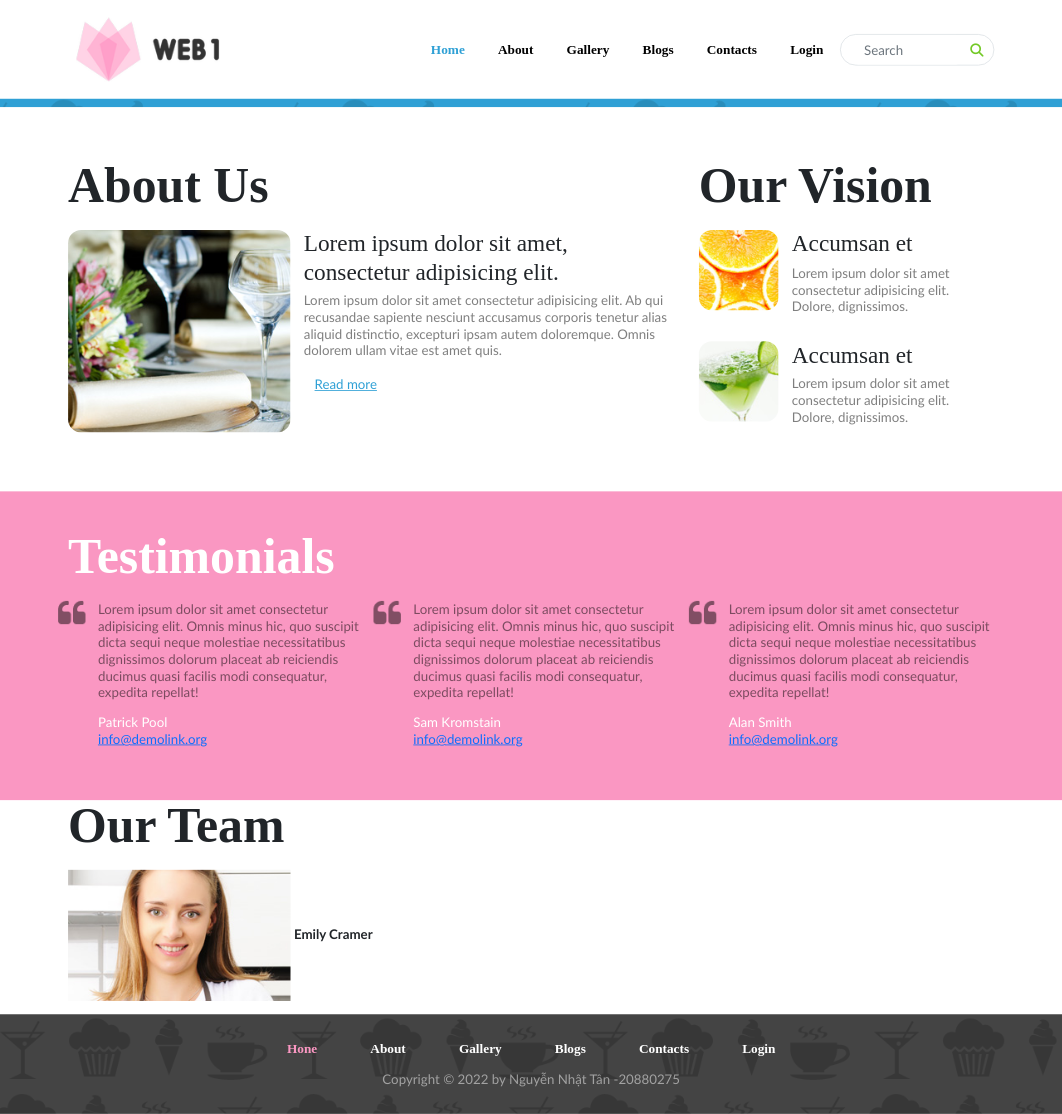
Repository: carembanhkem/web1-20880275
Page: about.html
The author's editor kept a copy of each file at every save. The page is drawn from the files as they stood at one save, then again after the next save.
The browser window is 1280 px wide. The pictures show the whole page, at 83% of full size.
Some web fonts or font styles are not loaded; a fallback is used. Some web libraries are served in a nearby version.

Above is the page before, as saved 2023-02-06 11:37:27.
Console error: ReferenceError: bootstrap is not defined

### about.html
<!doctype html>
<html lang="en">

<head>
    <title>20880275 - Web1 Project</title>
    <!-- Required meta tags -->
    <meta charset="utf-8">
    <meta name="viewport" content="width=device-width, initial-scale=1, shrink-to-fit=no">
    <!-- Favicon-->
    <link rel="shortcut icon" href="images/favicon.ico" type="image/x-icon">
    <!-- FontAweSome-->
    <script src="https://kit.fontawesome.com/ee054dad92.js" crossorigin="anonymous"></script>
    <!-- Google Fonts -->
    <link rel="preconnect" href="https://fonts.googleapis.com">
    <link rel="preconnect" href="https://fonts.gstatic.com" crossorigin>
    <link href="https://fonts.googleapis.com/css2?family=Changa+One&display=swap" rel="stylesheet">
    <!-- Bootstrap CSS v5.2.1 -->
    <link href="https://cdn.jsdelivr.net/npm/bootstrap@5.2.1/dist/css/bootstrap.min.css" rel="stylesheet"
        integrity="sha384-iYQeCzEYFbKjA/T2uDLTpkwGzCiq6soy8tYaI1GyVh/UjpbCx/TYkiZhlZB6+fzT" crossorigin="anonymous">
    <link rel="stylesheet" href="css/20880275.css">
</head>

<body>
    <header class="container">
        <nav class="navbar navbar-expand-sm navbar-light">
            <a class="navbar-brand" href="#">
                <img src="images/logo.png" alt="Web1 Logo">
            </a>
            <button class="navbar-toggler d-lg-none" type="button" data-bs-toggle="collapse" data-bs-target="#menu-header" aria-controls="menu-header"
                aria-expanded="false" aria-label="Toggle navigation"></button>
            <div class="collapse navbar-collapse" id="menu-header">
                <ul class="navbar-nav ms-auto mt-2 mt-lg-0">
                    <li class="nav-item">
                        <a class="nav-link active" href="index.html" aria-current="page">Home <span class="visually-hidden">(current)</span></a>
                    </li>
                    <li class="nav-item">
                        <a class="nav-link" href="about.html">About</a>
                    </li>
                    <li class="nav-item">
                        <a class="nav-link" href="gallery.html">Gallery</a>
                    </li>
                    <li class="nav-item">
                        <a class="nav-link" href="blogs.html">Blogs</a>
                    </li>
                    <li class="nav-item">
                        <a class="nav-link" href="contact.html">Contacts</a>
                    </li>
                    <li class="nav-item">
                        <a class="nav-link" href="#" data-bs-toggle="modal" data-bs-target="#modalLogin">Login</a>
                    </li>
                </ul>
                <form class="d-flex my-2 my-lg-0 border rounded-pill" id="formSearch">
                    <input class="form-control border-0 ms-3" type="text" placeholder="Search">
                    <button class="btn my-2 my-sm-0 border-0" type="submit"><i class="fa-solid fa-magnifying-glass"></i></button>
                </form>
            </div>
        </nav>
    </header>

    <section id="banner-small">

    </section>

    <section class="container py-5">
        <div class="row">
            <div class="col-md-8">
                <h1 class="py-3">About Us</h1>
                <div>
                    <img src="images/about-1.jpg" alt="About us" class="float-start rounded-4 me-3">
                    <h3>Lorem ipsum dolor sit amet, consectetur adipisicing elit.</h3>
                    <p class="text-black-50">Lorem ipsum dolor sit amet consectetur adipisicing elit. Ab qui recusandae sapiente nesciunt accusamus corporis tenetur alias aliquid distinctio, excepturi ipsam autem doloremque. Omnis dolorem ullam vitae est amet quis.</p>
                    <a href="#" class="btn btn-link readmore">Read more</a>
                </div>
            </div>
            <div class="col-md-4 col-sm-12">
                <h1 class="py-3">Our Vision</h1>
                <div class="clearfix mb-3">
                    <img src="images/vision/vision-1.jpg" alt="vision1" class="float-start me-3 rounded-4">
                    <h3>Accumsan et</h3>
                    <p class="text-black-50">Lorem ipsum dolor sit amet consectetur adipisicing elit. Dolore, dignissimos.</p>
                </div>
                <div class="clearfix mb-3">
                    <img src="images/vision/vision-2.jpg" alt="vision1" class="float-start me-3 rounded-4">
                    <h3>Accumsan et</h3>
                    <p class="text-black-50">Lorem ipsum dolor sit amet consectetur adipisicing elit. Dolore, dignissimos.</p>
                </div>
            </div>
        </div>
    </section>
    <!-- Testimonials-->
    <section class="container-fluid py-5" id="testimonials">
        <div class="container">
            <h1 class="text-white">Testimonials</h1>
            <div class="row py-3">
                <div class="col">
                    <p class="text-black-50">Lorem ipsum dolor sit amet consectetur adipisicing elit. Omnis minus hic, quo suscipit dicta sequi neque molestiae necessitatibus dignissimos dolorum placeat ab reiciendis ducimus quasi facilis modi consequatur, expedita repellat!</p>
                    <span class="text-white">Patrick Pool</span><br>
                    <a href="#">info@demolink.org</a>
                </div>
                <div class="col">
                    <p class="text-black-50">Lorem ipsum dolor sit amet consectetur adipisicing elit. Omnis minus hic, quo suscipit dicta sequi neque molestiae necessitatibus dignissimos dolorum placeat ab reiciendis ducimus quasi facilis modi consequatur, expedita repellat!</p>
                    <span class="text-white">Sam Kromstain</span><br>
                    <a href="#">info@demolink.org</a>
                </div>
                <div class="col">
                    <p class="text-black-50">Lorem ipsum dolor sit amet consectetur adipisicing elit. Omnis minus hic, quo suscipit dicta sequi neque molestiae necessitatibus dignissimos dolorum placeat ab reiciendis ducimus quasi facilis modi consequatur, expedita repellat!</p>
                    <span class="text-white">Alan Smith</span><br>
                    <a href="#">info@demolink.org</a>
                </div>
            </div>
        </div>
    </section>

    <!-- Our Team-->
    <section id="our-team" class="container">
        <div class="row">
            <h1>Our Team</h1>
            <div class="row py-3">
                <div class="col">
                    <img src="images/our-team/team-1.jpg" alt="team-1">
                    <strong>Emily Cramer</strong>
                </div>
            </div>
        </div>
    </section>
    <!-- Footer -->
    <footer class="text-center container-fluid text-white py-3">
        <ul class="nav justify-content-center py-3" id="menu-footer">
            <li class="nav-item">
                <a class="nav-link active" href="#" aria-current="page">Hone</a>
            </li>
            <li class="nav-item">
                <a class="nav-link" href="about.html">About</a>
            </li>
            <li class="nav-item">
                <a class="nav-link" href="gallery.html">Gallery</a>
            </li>
            <li class="nav-item">
                <a class="nav-link" href="blogs.html">Blogs</a>
            </li>
            <li class="nav-item">
                <a class="nav-link" href="contact.html">Contacts</a>
            </li>
            <li class="nav-item">
                <a class="nav-link" href="#" data-bs-toggle="modal" data-bs-target="#modalLogin">Login</a>
            </li>
        </ul>
        <p class="text-white-50">Copyright &copy; 2022 by  Nguyễn Nhật Tân -20880275</p>
    </footer>

    <!-- Modal Body -->
    <!-- if you want to close by clicking outside the modal, delete the last endpoint:data-bs-backdrop and data-bs-keyboard -->
    <div class="modal fade" id="modalLogin" tabindex="-1" data-bs-backdrop="static" data-bs-keyboard="false" role="dialog" aria-labelledby="modalTitleId" aria-hidden="true">
        <div class="modal-dialog modal-dialog-scrollable modal-dialog-centered modal-sm" role="document">
            <div class="modal-content">
                <div class="modal-header">
                    <button type="button" class="btn-close" data-bs-dismiss="modal" aria-label="Close"></button>
                </div>
                <div class="modal-body">
                    <form action="#" method="post" id="formLogin">
                        <h3 class="text-center">Login Form</h3>
                        <div class="mb-3">
                            <input type="text" name="username" id="username" placeholder="Username" class="form-control">
                        </div>
                        <div class="mb-3">
                            <input type="password" name="password" id="password" placeholder="Password" class="form-control">
                        </div>
                        <button type="submit" class="form-control btn">Login</button>
                    </form>
                </div>
                <div class="modal-footer">

                </div>
            </div>
        </div>
    </div>


    <!-- Optional: Place to the bottom of scripts -->
    <script>
        const myModal = new bootstrap.Modal(document.getElementById('modalLogin'), options)

    </script>

    <!-- Boostrap JavaScript Libraries -->
    <script src="https://cdn.jsdelivr.net/npm/@popperjs/core@2.11.6/dist/umd/popper.min.js"
        integrity="sha384-oBqDVmMz9ATKxIep9tiCxS/Z9fNfEXiDAYTujMAeBAsjFuCZSmKbSSUnQlmh/jp3" crossorigin="anonymous">
    </script>

    <script src="https://cdn.jsdelivr.net/npm/bootstrap@5.2.1/dist/js/bootstrap.min.js"
        integrity="sha384-7VPbUDkoPSGFnVtYi0QogXtr74QeVeeIs99Qfg5YCF+TidwNdjvaKZX19NZ/e6oz" crossorigin="anonymous">
    </script>
</body>

</html>

### css/20880275.css
:root {
    --web1-pink: #FA97C2;
    --web1-blue: #2FA0D5;
    --web1-green: #73C926;
}

body {
    font-family: 'Trebuchet MS', Arial, Helvetica, sans-serif;
    font-size: 16px;
    line-height: 20px;
}

h1, h2, h3, h4 {
    font-family: 'Changa One', cursive;
    font-weight: 400;
}

h1 {
    font-size: 60px;
    line-height: 60px;
    font-weight: 900;
}

/* Header */
#menu-header a {
    display: block;
    padding: 0 1.25rem;
    font-weight: bold;
    color: black;
    font-family: 'Changa One', cursive;
}
#menu-header a.active {
    color: var(--web1-blue);
}

#formSearch input {
    width: 8rem;
}

#formSearch i {
    color: var(--web1-green);
}

/* Banner */
#banner {
    background-image: url('../images/bg-banner.gif');
}

#banner > div {
    background: url('../images/logo_bg.png') left top no-repeat, url('../images/search_bg.png') right top no-repeat;
    padding: 5rem 0  3rem 0;
}

#banner a {
    background-color: var(--web1-pink);
    font-family: 'Changa One', cursive;
    font-size: 2rem;
}

#banner .carousel-item {
    min-height: 15rem; /*Do chieu cao khong co dinh nen minheight bang cai lon nhat de ko bi xe dich*/
}

#banner .carousel-indicators li {
    width: 1.2rem;
    height: 1.2rem;
    border-radius: 1.2rem; /* de no thanh hinh tron*/
    border: none; /* de no thanh hinh tron vi width = height = border radius*/
    margin: 0 0.25rem;
    position: relative;
}

#banner .carousel-indicators li span {
    position: absolute;
    top: 0.3rem;
    left: 0.3rem;
    width: 0.6rem;
    height: 0.6rem;
    border-radius: 0.6rem;
    border: none;
    text-align:left;
    text-indent: -9999px;
}

#banner .carousel-indicators li.active span{
    background-color: var(--web1-green);
}

/* banner small */
#banner-small {
    background-image: url(../images/bg-banner.gif);
    padding: 5px;
}

/* products */
.readmore {
    color: var(--web1-blue);
    margin-top: -4px;
}

.web1-text-blue {
    color: var(--web1-blue);
}

/* about us */
#aboutus {
    background-color: var(--web1-pink);
}
/* Testimonials */
#testimonials {
    background-color: var(--web1-pink);
}
#testimonials .col {
    background: url("../images/quot.png") left top no-repeat;
    padding-left: 3rem;
}

#formSignUp {
    border-style: dashed !important;
    border-color: rgba(0,0,0,0.5) !important;
}

/* news */
#news .date {
    background-color: var(--web1-green);
    width: 6rem;
    padding: 1.5rem;
}

/* Footer*/
footer {
    background-image: url('../images/bg-footer.gif');
}

#menu-footer a {
    color: white;
    font-weight: bold;
    font-family: 'Changa One', cursive;
    display: block;
    padding: 0 2rem;
}

#menu-footer a.active {
    color: var(--web1-pink);
}

/* Modal Login*/
#formLogin button[type="submit"]{
    background-color: var(--web1-blue);
    color: white;
}

After the next save:
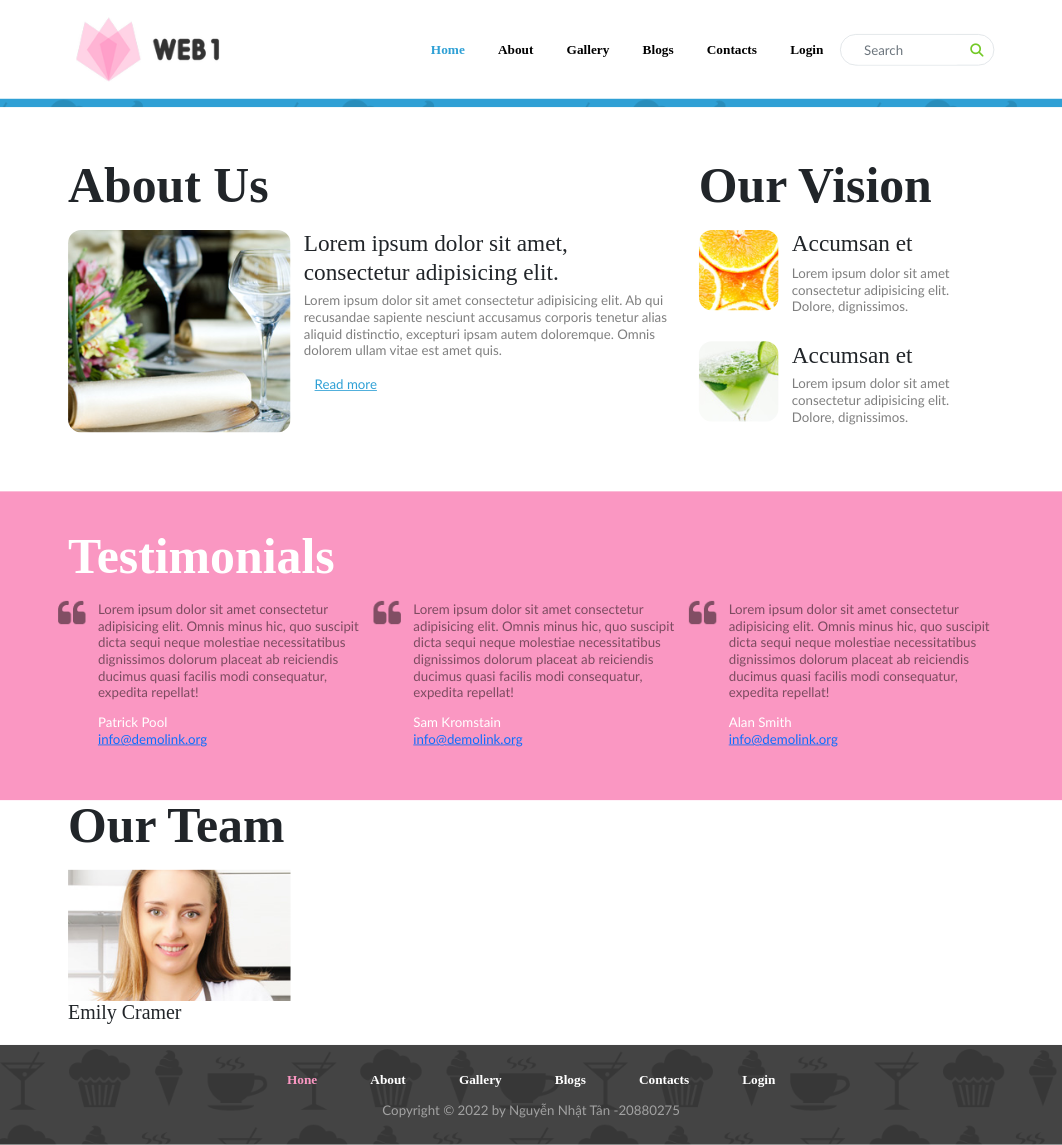
Saved 18 s later.
--- a/about.html
+++ b/about.html
@@ -118,7 +118,7 @@
             <div class="row py-3">
                 <div class="col">
                     <img src="images/our-team/team-1.jpg" alt="team-1">
-                    <strong>Emily Cramer</strong>
+                    <h4>Emily Cramer</h4>
                 </div>
             </div>
         </div>
